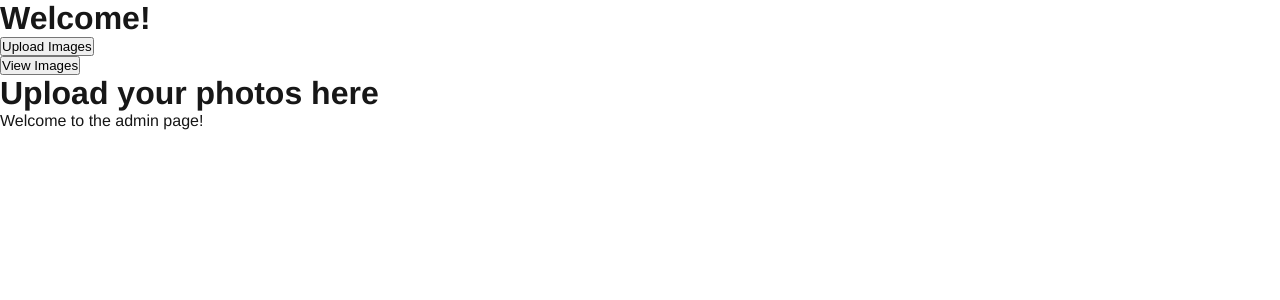
Repository: EricRobertCampbell/palaeo-fossil-classifier
Page: /dashboard (app in palaeo-fossil-classifier/), after clicking the first element matching `button.button`
These files come from the project's save history. The page is drawn as it stood at one moment and after the next save; the edit follows.
The browser window is 1280 px wide. The pictures show the whole page.
Some web libraries are served in a nearby version. The project was rebuilt for these pictures with package versions that can differ from the ones it lists, and the page was loaded fresh each time. The framework's server and built-in components were replaced by stand-ins that run in the browser. Also part of the build but not shown: palaeo-fossil-classifier/next.config.ts, palaeo-fossil-classifier/app/classify.tsx.

Above is the page before, as saved 2024-11-30 14:27:07.

### palaeo-fossil-classifier/app/dashboard/page.tsx
"use client";
import React from "react";
import "./page.module.css";
import { useState } from "react";
import Admin from "../admin";
import Classify from "../classify";

export default function dashboard() {
  const [component1, setComponent1] = useState(false);
  const [component2, setComponent2] = useState(false);

  const handleAdmin = () => {
    setComponent1(true);
    setComponent2(false);
  };
  const handleClasify = () => {
    setComponent2(true);
    setComponent1(false);
  };

  return (
    <div>
      <h1>Welcome!</h1>
      <div className="area">
        <nav className="main-menu">
          <ul>
            <li className="">
              <button
                className="button"
                onClick={() => {
                  handleAdmin();
                }}
              >
                <span className="nav-text">Upload Images</span>
              </button>
            </li>
            <li className="has-subnav">
              <button
                className="button"
                onClick={() => {
                  handleClasify();
                }}
              >
                <span className="nav-text">View Images</span>
              </button>
            </li>
          </ul>
        </nav>
        <div className="component">{component1 ? <Admin /> : <></>}</div>
        <div className="component">{component2 ? <Classify /> : <></>}</div>
      </div>
    </div>
  );
}

### palaeo-fossil-classifier/app/globals.css
:root {
  --background: #ffffff;
  --foreground: #171717;
}

@media (prefers-color-scheme: dark) {
  :root {
    --background: #0a0a0a;
    --foreground: #ededed;
  }
}

html,
body {
  max-width: 100vw;
  overflow-x: hidden;
}

body {
  color: var(--foreground);
  background: var(--background);
  font-family: Helvetica;
  -webkit-font-smoothing: antialiased;
  -moz-osx-font-smoothing: grayscale;
}

* {
  box-sizing: border-box;
  padding: 0;
  margin: 0;
}

a {
  color: inherit;
  text-decoration: none;
}

@media (prefers-color-scheme: dark) {
  html {
    color-scheme: dark;
  }
}

### palaeo-fossil-classifier/app/dashboard/page.module.css
@import url(//netdna.bootstrapcdn.com/font-awesome/4.0.3/css/font-awesome.css);

@import url(https://fonts.googleapis.com/css?family=Titillium+Web:300);

.area{
    display: inline;
}

.button{
    font-family: Helvetica;
    padding: 1.5rem;
    margin: 1rem;
}

.main-menu:hover,nav.main-menu.expanded {
width:250px;
overflow:visible;
}

.main-menu>ul {
margin:7px 0;
}

.main-menu li {
position:relative;
display:block;
width:250px;
}

.main-menu li>a {
position:relative;
display:table;
border-collapse:collapse;
border-spacing:0;
color:#999;
 font-family: arial;
font-size: 14px;
text-decoration:none;
-webkit-transform:translateZ(0) scale(1,1);
-webkit-transition:all .1s linear;
transition:all .1s linear;

}

.main-menu .nav-icon {
position:relative;
display:table-cell;
width:60px;
height:36px;
text-align:center;
vertical-align:middle;
font-size:18px;
}

.main-menu .nav-text {
position:relative;
display:table-cell;
vertical-align:middle;
width:190px;
  font-family: 'Titillium Web', sans-serif;
}

.main-menu>ul.logout {
position:absolute;
left:0;
bottom:0;
}

.no-touch .scrollable.hover {
overflow-y:hidden;
}

.no-touch .scrollable.hover:hover {
overflow-y:auto;
overflow:visible;
}

.a:hover,.a:focus {
text-decoration:none;
}

.nav {
-webkit-user-select:none;
-moz-user-select:none;
-ms-user-select:none;
-o-user-select:none;
user-select:none;
}

.area {
float: left;
background: #e2e2e2;
width: 50%;
height: 50%;
}

.component{
    display: inline;
}

@font-face {
  font-family: 'Titillium Web';
  font-style: normal;
  font-weight: 300;
  src: local('Titillium WebLight'), local('TitilliumWeb-Light'), url(http://themes.googleusercontent.com/static/fonts/titilliumweb/v2/anMUvcNT0H1YN4FII8wpr24bNCNEoFTpS2BTjF6FB5E.woff) format('woff');
}

### palaeo-fossil-classifier/app/admin.tsx
import React from "react";

export default function admin() {
  return (
    <div>
      <h1>Upload your photos here</h1>
      <p>Welcome to the admin page!</p>
    </div>
  );
}

Loaded but not shown: palaeo-fossil-classifier/app/layout.tsx (common file)

After the next save:
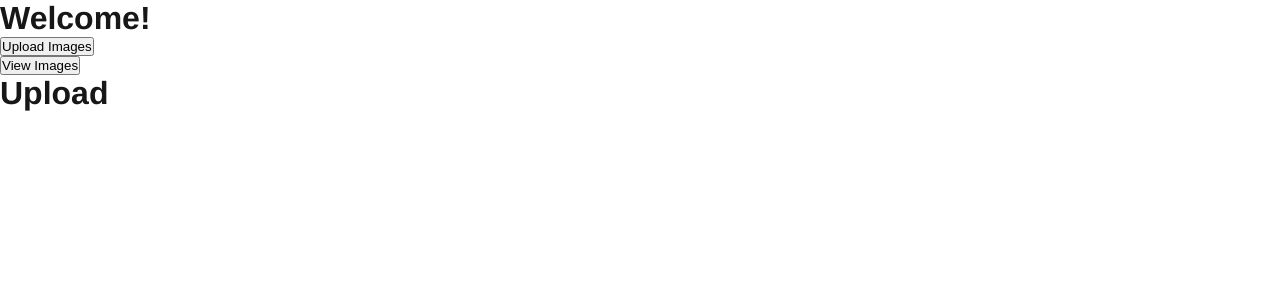
Saved 20 s later.
--- a/palaeo-fossil-classifier/app/admin.tsx
+++ b/palaeo-fossil-classifier/app/admin.tsx
@@ -3,8 +3,8 @@ import React from "react";
 export default function admin() {
   return (
     <div>
-      <h1>Upload your photos here</h1>
-      <p>Welcome to the admin page!</p>
+      <h1>Upload</h1>
+      <p></p>
     </div>
   );
 }
